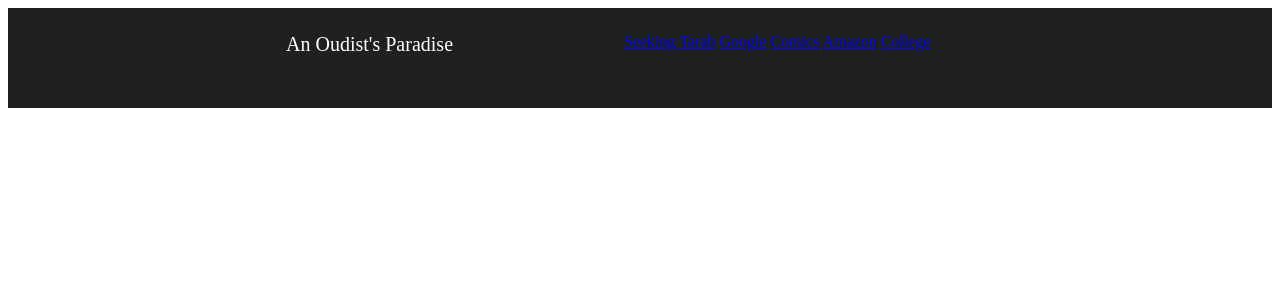
Repository: robvollmar/homework3
Page: index.html
The author's editor kept a record of every edit. The page is drawn from the files as they stood at one moment, then again after the next edit.
The browser window is 1280 px wide. The pictures show the whole page.

Above is the page before.

After the next edit:
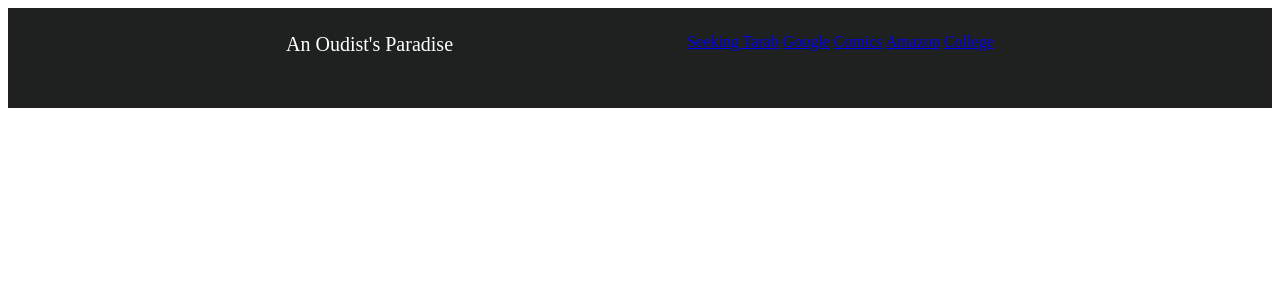
The edit:
--- a/stylesheet.css
+++ b/stylesheet.css
@@ -21,7 +21,7 @@
     height: 25px;
     color: white;
     float: right;
-    margin-right: 27%;
+    margin-right: 22%;
     margin-top:25px;
     margin-bottom:25px;
         }
